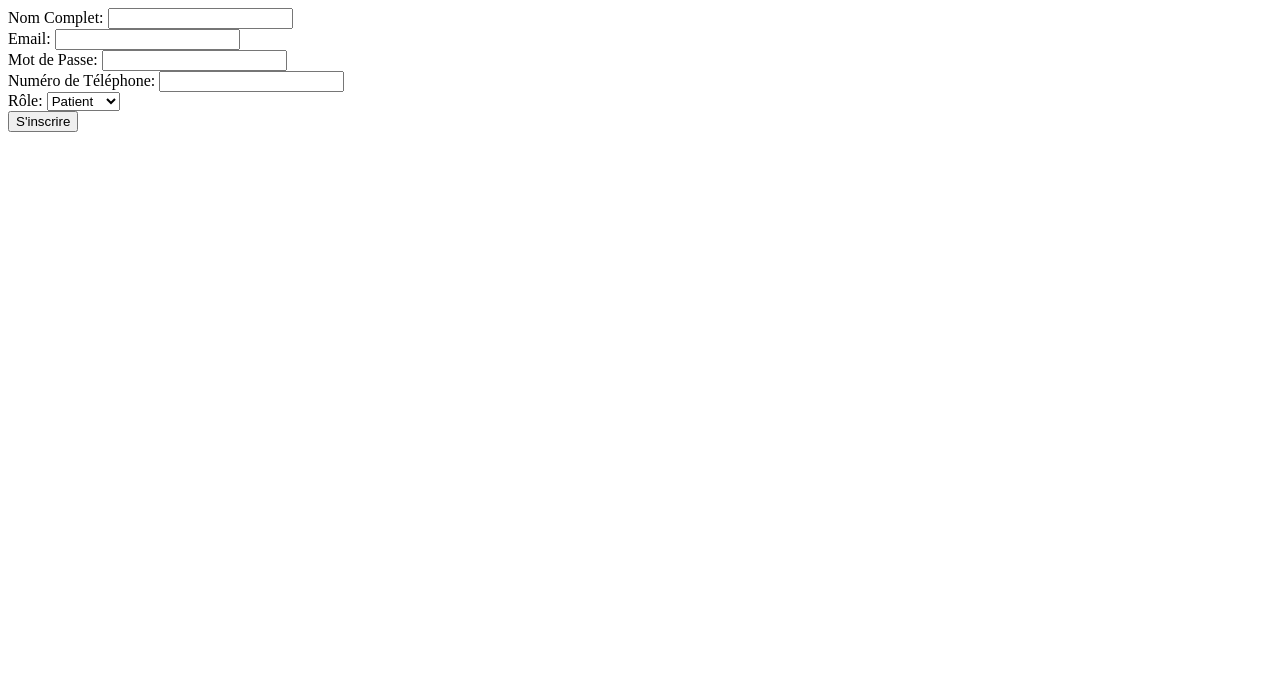
Repository: hajar-tech/hospital-login
Page: http://localhost/Hospital/registration.jsp
The author's editor kept a copy of each file at every save. The page is drawn from the files as they stood at one save, then again after the next save.
The browser window is 1280 px wide. The pictures show the whole page.
Some web libraries are served in a nearby version. The page is served by Tomcat 9.

Above is the page before, as saved 2025-02-27 12:16:34.

After the next save:
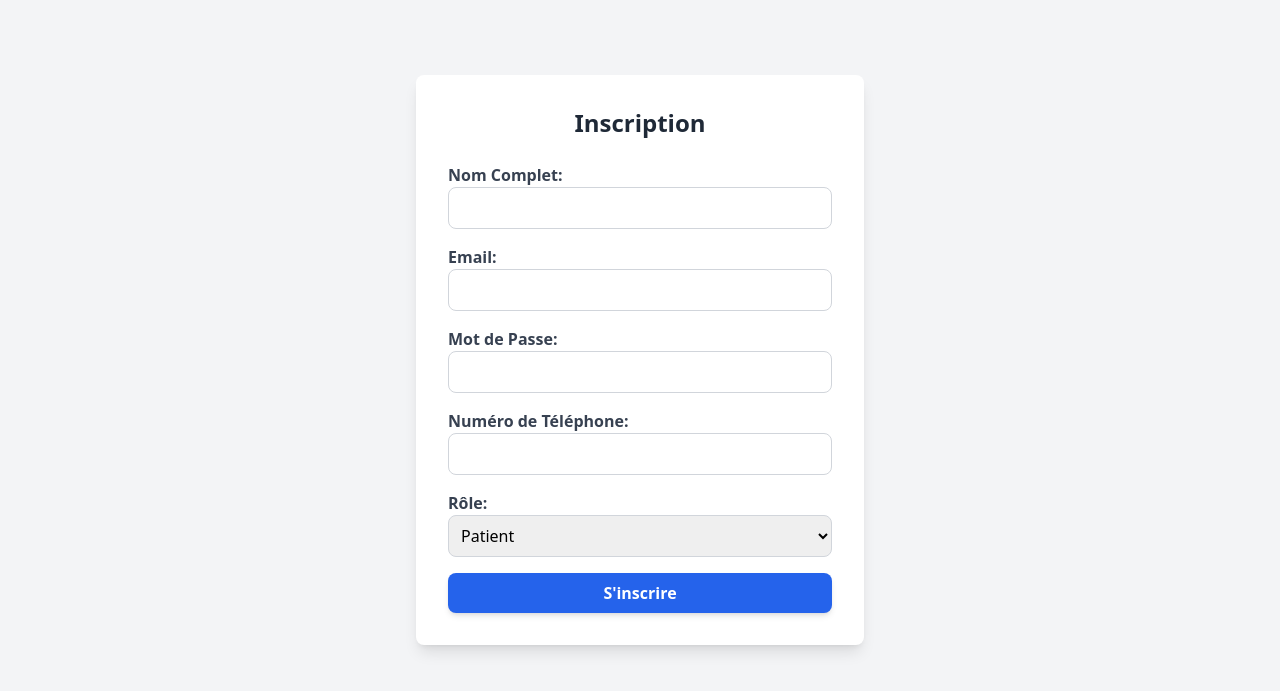
Saved 2 s later.
--- a/Hospital/src/main/webapp/registration.jsp
+++ b/Hospital/src/main/webapp/registration.jsp
@@ -1,48 +1,81 @@
 <%@ page language="java" contentType="text/html; charset=UTF-8"
     pageEncoding="UTF-8"%>
 <!DOCTYPE html>
-<html>
+<html lang="fr">
 <head>
-<meta charset="UTF-8">
-<title>Insert title here</title>
+    <meta charset="UTF-8">
+    <meta name="viewport" content="width=device-width, initial-scale=1.0">
+    <title>Inscription - MediCare</title>
+    <script src="https://cdn.tailwindcss.com"></script>
 </head>
-<body>
+<body class="bg-gray-100 flex items-center justify-center h-screen">
 
-<form action="RegisterServlet" method="post">
-    <label>Nom Complet:</label>
-    <input type="text" name="fullName" required><br>
+    <div class="bg-white p-8 rounded-lg shadow-lg w-full max-w-md">
+        <h2 class="text-2xl font-bold text-center text-gray-800 mb-6">Inscription</h2>
 
-    <label>Email:</label>
-    <input type="email" name="email" required><br>
+        <form action="RegisterServlet" method="post" class="space-y-4">
+            <!-- Nom Complet -->
+            <div>
+                <label class="block text-gray-700 font-semibold">Nom Complet:</label>
+                <input type="text" name="fullName" required
+                    class="w-full p-2 border border-gray-300 rounded-lg focus:outline-none focus:ring-2 focus:ring-blue-500">
+            </div>
 
-    <label>Mot de Passe:</label>
-    <input type="password" name="password" required><br>
+            <!-- Email -->
+            <div>
+                <label class="block text-gray-700 font-semibold">Email:</label>
+                <input type="email" name="email" required
+                    class="w-full p-2 border border-gray-300 rounded-lg focus:outline-none focus:ring-2 focus:ring-blue-500">
+            </div>
 
-    <label>Numéro de Téléphone:</label>
-    <input type="text" name="phoneNumber" required><br>
+            <!-- Mot de Passe -->
+            <div>
+                <label class="block text-gray-700 font-semibold">Mot de Passe:</label>
+                <input type="password" name="password" required
+                    class="w-full p-2 border border-gray-300 rounded-lg focus:outline-none focus:ring-2 focus:ring-blue-500">
+            </div>
 
-    <label>Rôle:</label>
-    <select name="role" id="role" onchange="toggleSpeciality()">
-        <option value="PATIENT">Patient</option>
-        <option value="DOCTOR">Médecin</option>
-    </select><br>
+            <!-- Numéro de Téléphone -->
+            <div>
+                <label class="block text-gray-700 font-semibold">Numéro de Téléphone:</label>
+                <input type="text" name="phoneNumber" required
+                    class="w-full p-2 border border-gray-300 rounded-lg focus:outline-none focus:ring-2 focus:ring-blue-500">
+            </div>
 
-    <div id="specialityField" style="display: none;">
-        <label>Spécialisation:</label>
-        <input type="text" name="speciality"><br>
+            <!-- Rôle -->
+            <div>
+                <label class="block text-gray-700 font-semibold">Rôle:</label>
+                <select name="role" id="role" onchange="toggleSpeciality()"
+                    class="w-full p-2 border border-gray-300 rounded-lg focus:outline-none focus:ring-2 focus:ring-blue-500">
+                    <option value="PATIENT">Patient</option>
+                    <option value="DOCTOR">Médecin</option>
+                </select>
+            </div>
+
+            <!-- Spécialisation (caché par défaut) -->
+            <div id="specialityField" class="hidden">
+                <label class="block text-gray-700 font-semibold">Spécialisation:</label>
+                <input type="text" name="speciality"
+                    class="w-full p-2 border border-gray-300 rounded-lg focus:outline-none focus:ring-2 focus:ring-blue-500">
+            </div>
+
+            <!-- Bouton d'inscription -->
+            <div class="text-center">
+                <button type="submit"
+                    class="w-full bg-blue-600 hover:bg-blue-700 text-white font-semibold py-2 px-4 rounded-lg shadow-md transition duration-300">
+                    S'inscrire
+                </button>
+            </div>
+        </form>
     </div>
 
-    <input type="submit" value="S'inscrire">
-</form>
-
-<script>
-function toggleSpeciality() {
-    var role = document.getElementById("role").value;
-    var specialityField = document.getElementById("specialityField");
-    specialityField.style.display = (role === "DOCTOR") ? "block" : "none";
-}
-</script>
-
+    <script>
+        function toggleSpeciality() {
+            var role = document.getElementById("role").value;
+            var specialityField = document.getElementById("specialityField");
+            specialityField.classList.toggle("hidden", role !== "DOCTOR");
+        }
+    </script>
 
 </body>
 </html>
